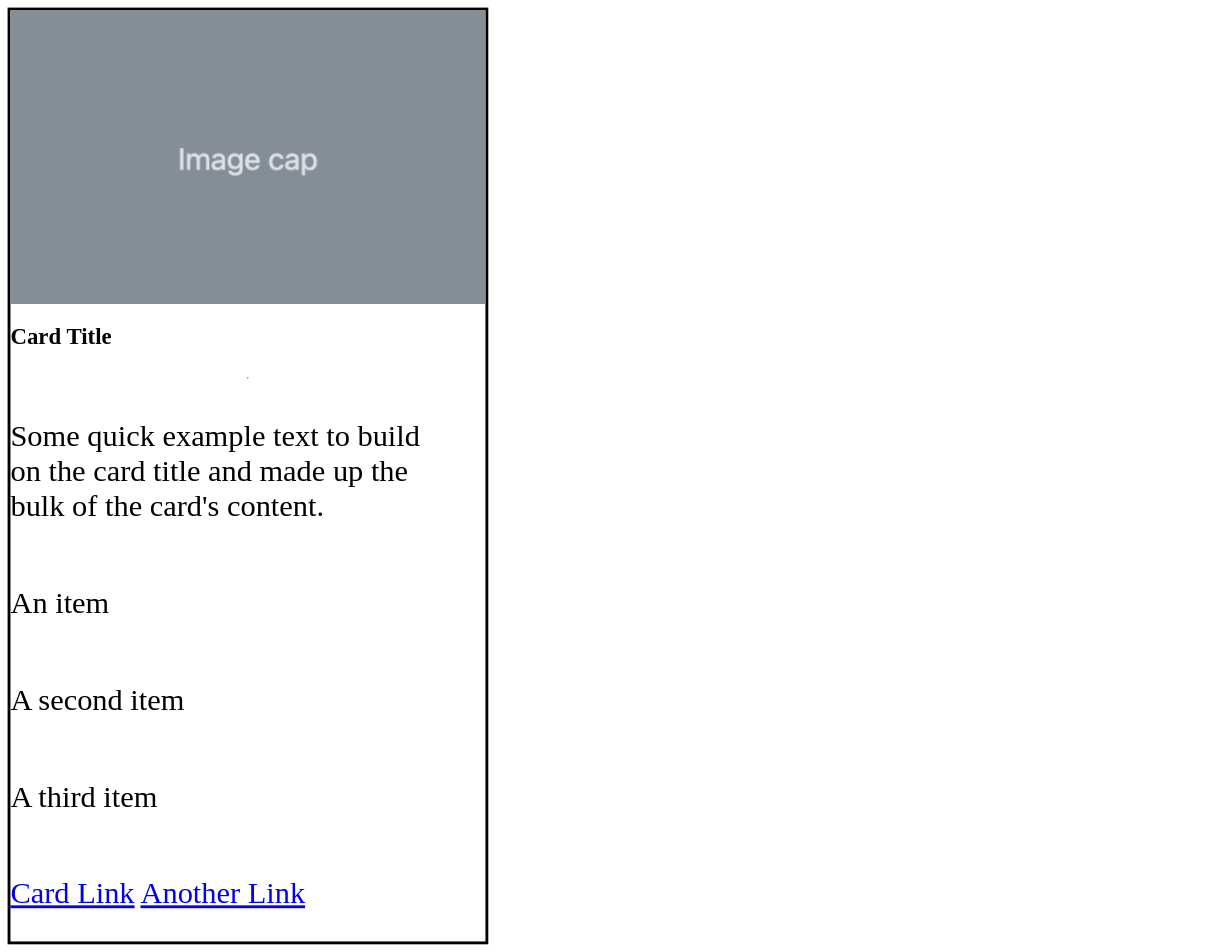
Repository: tr2cky/nav
Page: card.html
These files come from the project's save history. The page is drawn as it stood at one moment and after the next save; the edit follows.
The browser window is 1280 px wide. The pictures show the whole page, at 95% of full size.

Above is the page before, as saved 2022-09-27 16:10:57.

### card.html
<!DOCTYPE html>
<html lang="en">

<head>
    <meta charset="UTF-8">
    <meta http-equiv="X-UA-Compatible" content="IE=edge">
    <meta name="viewport" content="width=device-width, initial-scale=1.0">
    <title>Document</title>
    <link rel="stylesheet" href="style.css">
</head>

<body>
    <article class="container">
        <img src="imagecap.png"  alt="Image Cap">
        <h2>Card Title</h2>
        <hr>
        <p>Some quick example text to build <br>
            on the card title and made up the <br>
            bulk of the card's content.</p>
        <p>An item</p>
        <p>A second item</p>
        <p>A third item</p>
        <p><a href="https://google.com">Card Link</a> <a href="https://twitter.com">Another Link</a></p>
    </article>
</body>

</html>

### style.css
.container {
    display: flex;
    flex-direction: column;
    border: 3px solid black;
    max-width: 500px;
    gap: 1px;
}
.container > img {
    width: 500px;
}
.container > p {
    font-size: 2rem;
}

After the next save:
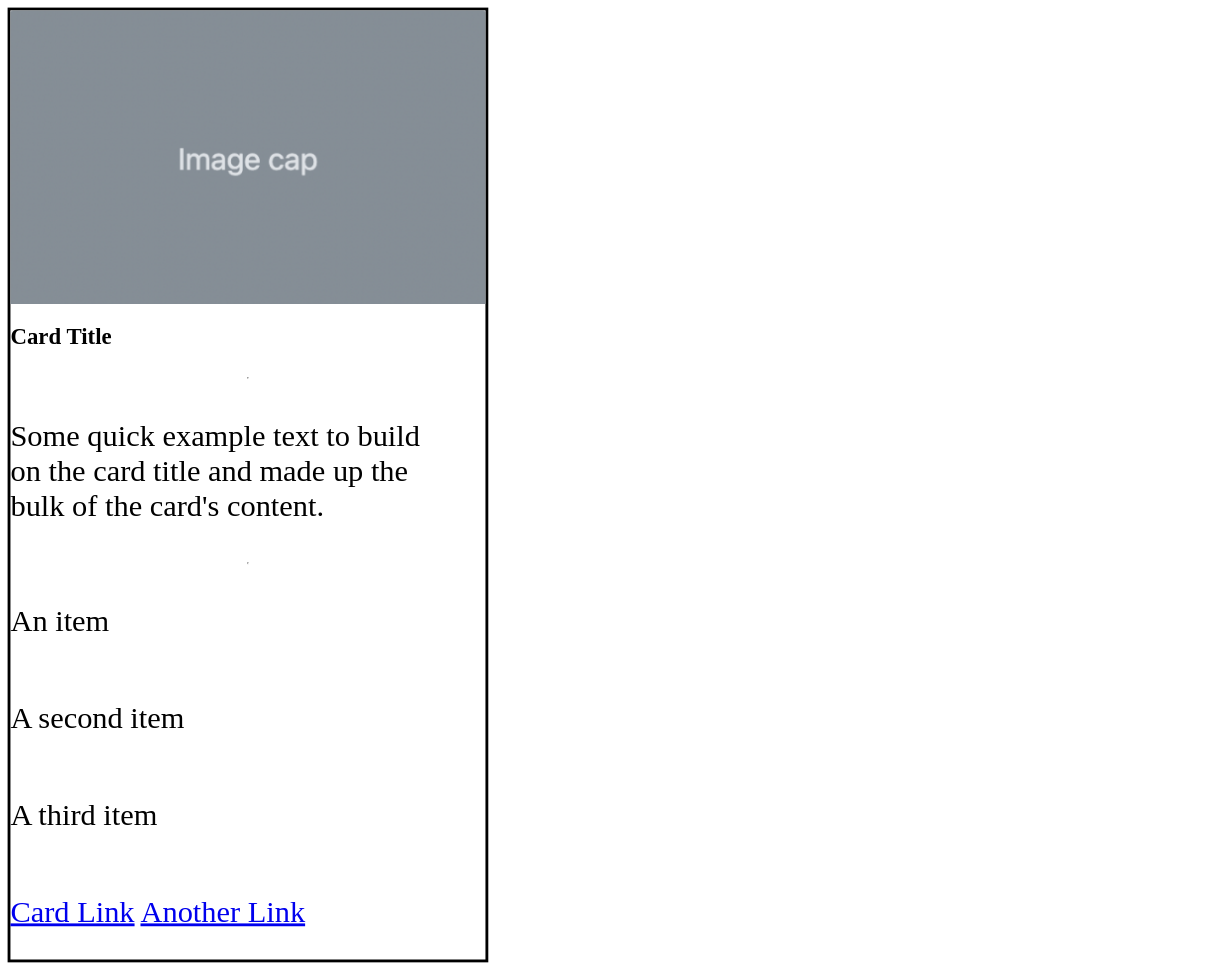
Saved 16 s later.
--- a/card.html
+++ b/card.html
@@ -11,12 +11,13 @@
 
 <body>
     <article class="container">
-        <img src="imagecap.png"  alt="Image Cap">
+        <img src="imagecap.png" alt="Image Cap">
         <h2>Card Title</h2>
         <hr>
         <p>Some quick example text to build <br>
             on the card title and made up the <br>
             bulk of the card's content.</p>
+        <hr>
         <p>An item</p>
         <p>A second item</p>
         <p>A third item</p>
